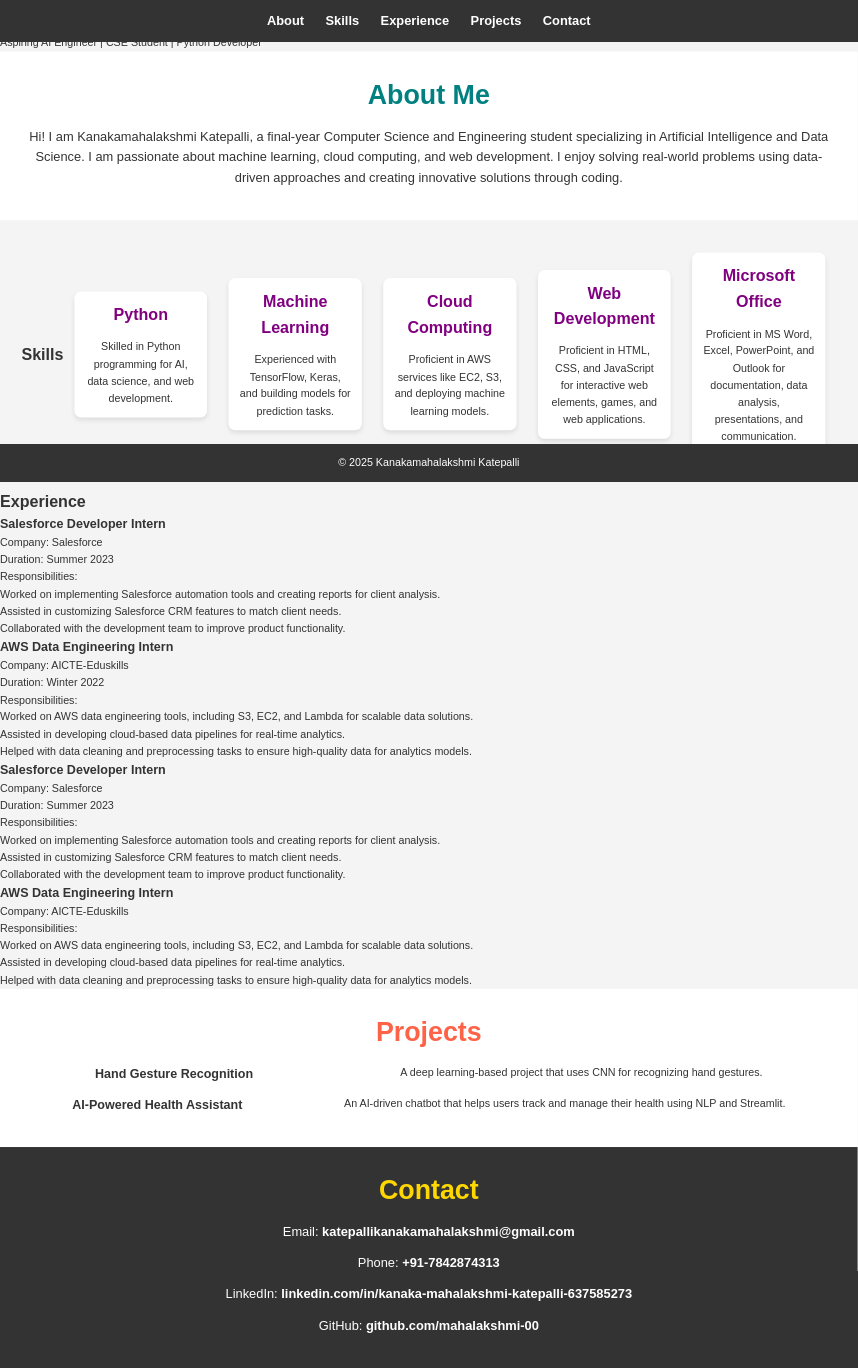
Repository: mahalakshmi-00/My-Portfolio
Page: index.html
These files come from the project's save history. The page is drawn as it stood at one moment and after the next save; the edit follows.
The browser window is 1280 px wide. The pictures show the whole page, at 67% of full size.

Above is the page before, as saved 2025-04-29 16:23:59.

### index.html
<!DOCTYPE html>
<html lang="en">
<head>
    <meta charset="UTF-8">
    <meta name="viewport" content="width=device-width, initial-scale=1.0">
    <title>Kanakamahalakshmi Katepalli - Portfolio</title>
    <link rel="stylesheet" href="style.css">
</head>
<body>

    <!-- Header Section -->
    <header id="header">
        <h1>Kanakamahalakshmi Katepalli</h1>
        <p>Aspiring AI Engineer | CSE Student | Python Developer</p>
        <nav>
            <ul>
                <li><a href="#about">About</a></li>
                <li><a href="#skills">Skills</a></li>
                <li><a href="#experience">Experience</a></li>
                <li><a href="#projects">Projects</a></li>
                <li><a href="#contact">Contact</a></li>
            </ul>
        </nav>
    </header>

    <!-- About Section -->
    <section id="about">
        <h2>About Me</h2>
        <p>Hi! I am Kanakamahalakshmi Katepalli, a final-year Computer Science and Engineering student specializing in Artificial Intelligence and Data Science. I am passionate about machine learning, cloud computing, and web development. I enjoy solving real-world problems using data-driven approaches and creating innovative solutions through coding.</p>
    </section>

    <!-- Skills Section -->
    <section id="skills">
        <h2>Skills</h2>
        <div class="skill-card">
            <h3>Python</h3>
            <p>Skilled in Python programming for AI, data science, and web development.</p>
        </div>
        <div class="skill-card">
            <h3>Machine Learning</h3>
            <p>Experienced with TensorFlow, Keras, and building models for prediction tasks.</p>
        </div>
        <div class="skill-card">
            <h3>Cloud Computing</h3>
            <p>Proficient in AWS services like EC2, S3, and deploying machine learning models.</p>
        </div>
        <div class="skill-card">
            <h3>Web Development</h3>
            <p>Proficient in HTML, CSS, and JavaScript for interactive web elements, games, and web applications.</p>
        </div>
        <!-- Adding Microsoft Office tools -->
        <div class="skill-card">
            <h3>Microsoft Office</h3>
            <p>Proficient in MS Word, Excel, PowerPoint, and Outlook for documentation, data analysis, presentations, and communication.</p>
        </div>
    </section>

    <!-- Experience Section -->
    <section id="experience">
        <h2>Experience</h2>
        <div class="experience-card">
            <h3>Salesforce Developer Intern</h3>
            <p>Company: Salesforce</p>
            <p>Duration: Summer 2023</p>
            <p>Responsibilities:
                <ul>
                    <li>Worked on implementing Salesforce automation tools and creating reports for client analysis.</li>
                    <li>Assisted in customizing Salesforce CRM features to match client needs.</li>
                    <li>Collaborated with the development team to improve product functionality.</li>
                </ul>
            </p>
        </div>
        <div class="experience-card">
            <h3>AWS Data Engineering Intern</h3>
            <p>Company: AICTE-Eduskills</p>
            <p>Duration: Winter 2022</p>
            <p>Responsibilities:
                <ul>
                    <li>Worked on AWS data engineering tools, including S3, EC2, and Lambda for scalable data solutions.</li>
                    <li>Assisted in developing cloud-based data pipelines for real-time analytics.</li>
                    <li>Helped with data cleaning and preprocessing tasks to ensure high-quality data for analytics models.</li>
                </ul>
            </p>
        </div>
        <!-- Previous Internship Experience -->
        <div class="experience-card">
            <h3>Salesforce Developer Intern</h3>
            <p>Company: Salesforce</p>
            <p>Duration: Summer 2023</p>
            <p>Responsibilities:
                <ul>
                    <li>Worked on implementing Salesforce automation tools and creating reports for client analysis.</li>
                    <li>Assisted in customizing Salesforce CRM features to match client needs.</li>
                    <li>Collaborated with the development team to improve product functionality.</li>
                </ul>
            </p>
        </div>
        <div class="experience-card">
            <h3>AWS Data Engineering Intern</h3>
            <p>Company: AICTE-Eduskills</p>
            <p>Responsibilities:
                <ul>
                    <li>Worked on AWS data engineering tools, including S3, EC2, and Lambda for scalable data solutions.</li>
                    <li>Assisted in developing cloud-based data pipelines for real-time analytics.</li>
                    <li>Helped with data cleaning and preprocessing tasks to ensure high-quality data for analytics models.</li>
                </ul>
            </p>
        </div>
    </section>

    <!-- Projects Section -->
    <section id="projects">
        <h2>Projects</h2>
        <div class="project-card">
            <h3>Hand Gesture Recognition</h3>
            <p>A deep learning-based project that uses CNN for recognizing hand gestures.</p>
        </div>
        <div class="project-card">
            <h3>AI-Powered Health Assistant</h3>
            <p>An AI-driven chatbot that helps users track and manage their health using NLP and Streamlit.</p>
        </div>
    </section>

    <!-- Contact Section -->
    <section id="contact">
        <h2>Contact</h2>
        <p>Email: <a href="mailto:katepallikanakamahalakshmi@gmail.com">katepallikanakamahalakshmi@gmail.com</a></p>
        <p>Phone: <a href="tel:+917842874313">+91-7842874313</a></p>
        <p>LinkedIn: <a href="https://www.linkedin.com/in/kanaka-mahalakshmi-katepalli-637585273/">linkedin.com/in/kanaka-mahalakshmi-katepalli-637585273</a></p>
        <p>GitHub: <a href="https://github.com/mahalakshmi-00">github.com/mahalakshmi-00</a></p>
    </section>

    <!-- Footer Section -->
    <footer>
        <p>© 2025 Kanakamahalakshmi Katepalli</p>
    </footer>

</body>
</html>

### style.css
/* General Reset */
* {
    margin: 0;
    padding: 0;
    box-sizing: border-box;
}

body {
    font-family: Arial, sans-serif;
    line-height: 1.6;
    background: #f4f4f4;
    color: #333;
}

/* Navigation Bar */
nav {
    background: #333;
    padding: 1rem;
    position: fixed;
    width: 100%;
    top: 0;
    left: 0;
    z-index: 1000;
}

nav ul {
    display: flex;
    justify-content: center;
}

nav ul li {
    list-style: none;
    margin: 0 1rem;
}

nav ul li a {
    color: #fff;
    text-decoration: none;
    font-weight: bold;
    font-size: 1.2rem;
}

/* Home Section */
#home {
    height: 100vh;
    display: flex;
    flex-direction: column;
    align-items: center;
    justify-content: center;
    background: url('images/background.jpg') no-repeat center center/cover;
    background-size: cover;
    color: #fff;
    text-align: center;
    position: relative;
    overflow: hidden;
}

#home::before {
    content: "";
    position: absolute;
    top: 0;
    left: 0;
    width: 100%;
    height: 100%;
    background: rgba(0, 0, 0, 0.5); /* Dark overlay for better text contrast */
    z-index: 0;
}

#home .content {
    z-index: 1;
    padding: 1rem;
    text-transform: uppercase;
    letter-spacing: 1px;
}

#home h1 {
    font-size: 3.5rem;
    font-weight: 700;
    color: #ff7f50; /* Coral color for name */
    margin-bottom: 1rem;
}

#home p {
    font-size: 1.5rem;
    font-weight: 300;
    margin-bottom: 1rem;
    max-width: 600px;
    margin-left: auto;
    margin-right: auto;
}

#home .contact-info {
    font-size: 1.2rem;
    font-weight: 500;
}

#home .contact-info a {
    color: #ff7f50;
    text-decoration: none;
    margin: 0 10px;
}

#home .contact-info a:hover {
    text-decoration: underline;
}

/* About Section */
#about {
    padding: 2rem;
    background: #fff;
    text-align: center;
}

#about h2 {
    font-size: 2.5rem;
    margin-bottom: 1rem;
    color: #008080; /* Teal color */
}

#about p {
    font-size: 1.2rem;
    margin-bottom: 1rem;
}

/* Skills Section */
#skills {
    display: flex;
    justify-content: center;
    align-items: center;
    background: #f4f4f4;
    padding: 2rem;
}

.skill-card {
    background: #fff;
    border-radius: 10px;
    margin: 1rem;
    padding: 1rem;
    width: 200px;
    box-shadow: 0 4px 8px rgba(0, 0, 0, 0.1);
    text-align: center;
}

.skill-card h3 {
    margin-bottom: 1rem;
    font-size: 1.5rem;
    color: #800080; /* Purple color */
}

.skill-card p {
    font-size: 1rem;
}

/* Projects Section */
#projects {
    padding: 2rem;
    background: #fff;
}

#projects h2 {
    font-size: 2.5rem;
    margin-bottom: 1rem;
    text-align: center;
    color: #ff6347; /* Tomato color */
}

.project-card {
    display: flex;
    justify-content: space-around;
    margin: 1rem 0;
}

.project-card img {
    width: 100%;
    max-width: 250px;
    height: auto;
    border-radius: 10px;
}

.project-info {
    max-width: 600px;
    margin-left: 2rem;
}

.project-info h3 {
    font-size: 2rem;
    margin-bottom: 1rem;
    color: #4682b4; /* Steel Blue color */
}

.project-info p {
    font-size: 1.2rem;
    margin-bottom: 1rem;
}

/* Contact Section */
#contact {
    padding: 2rem;
    background: #333;
    color: #fff;
    text-align: center;
}

#contact h2 {
    font-size: 2.5rem;
    margin-bottom: 1rem;
    color: #ffd700; /* Gold color */
}

#contact p {
    font-size: 1.2rem;
    margin-bottom: 1rem;
}

#contact a {
    color: #fff;
    text-decoration: none;
    font-weight: bold;
}

/* Footer */
footer {
    background: #333;
    color: #fff;
    text-align: center;
    padding: 1rem;
    position: fixed;
    width: 100%;
    bottom: 0;
}

After the next save:
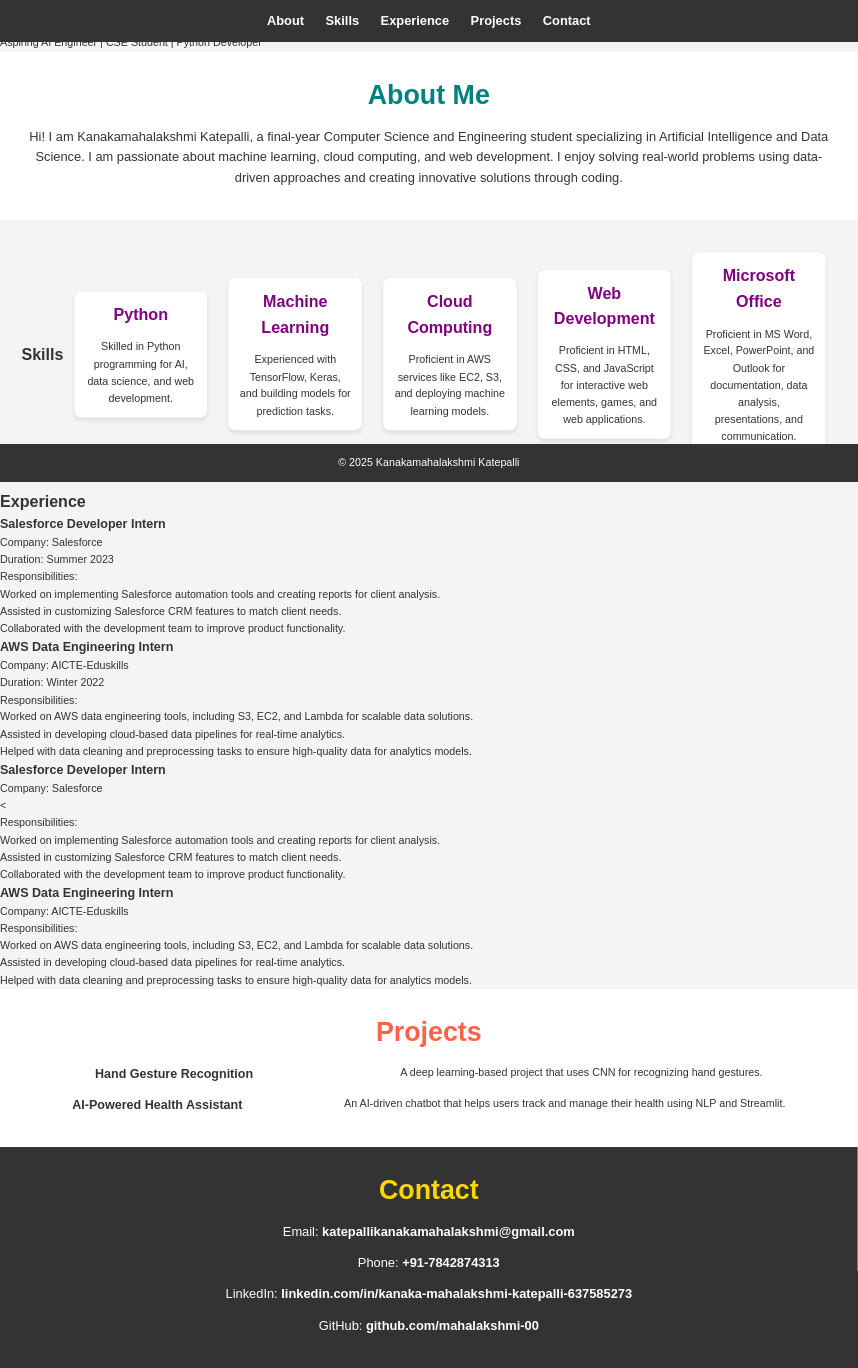
Saved 9 s later.
--- a/index.html
+++ b/index.html
@@ -86,7 +86,7 @@
         <div class="experience-card">
             <h3>Salesforce Developer Intern</h3>
             <p>Company: Salesforce</p>
-            <p>Duration: Summer 2023</p>
+            <
             <p>Responsibilities:
                 <ul>
                     <li>Worked on implementing Salesforce automation tools and creating reports for client analysis.</li>
